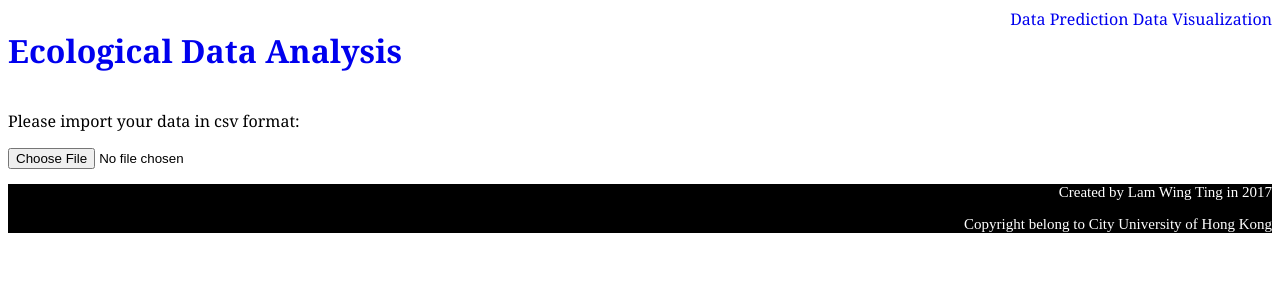
Repository: JenniferLam/FYP
Page: WebAppDev/FYP_webapp/WebContent/prediction/dataPred.html
An editor plug-in stored every save of this project. The page is shown before and after the next save, followed by the edit.
The browser window is 1280 px wide. The pictures show the whole page.

Above is the page before, as saved 2018-02-01 14:52:00.

After the next save:
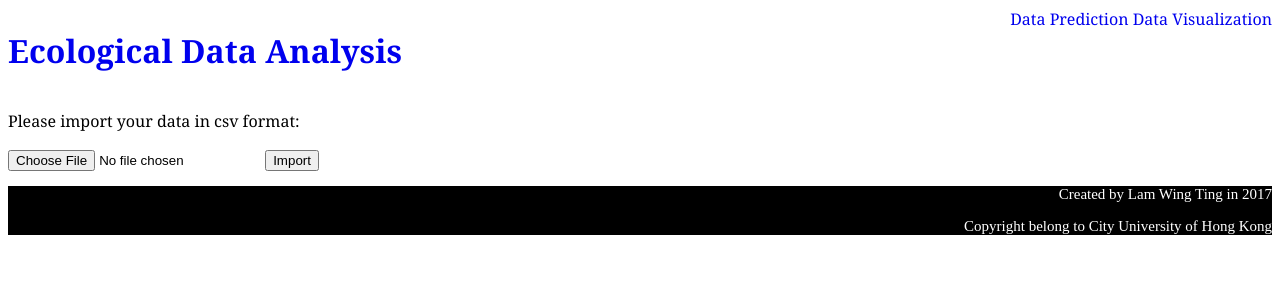
Saved 9 min 51 s later.
--- a/WebAppDev/FYP_webapp/WebContent/prediction/dataPred.html
+++ b/WebAppDev/FYP_webapp/WebContent/prediction/dataPred.html
@@ -21,6 +21,11 @@
 <div id="container">
 <p>Please import your data in csv format:</p>
 <input type="file" name="uploadFile">
+<button type='submit'>Import</button>
+<span id="responseMsg"></span>
+
+
+
 
 <form>
 
